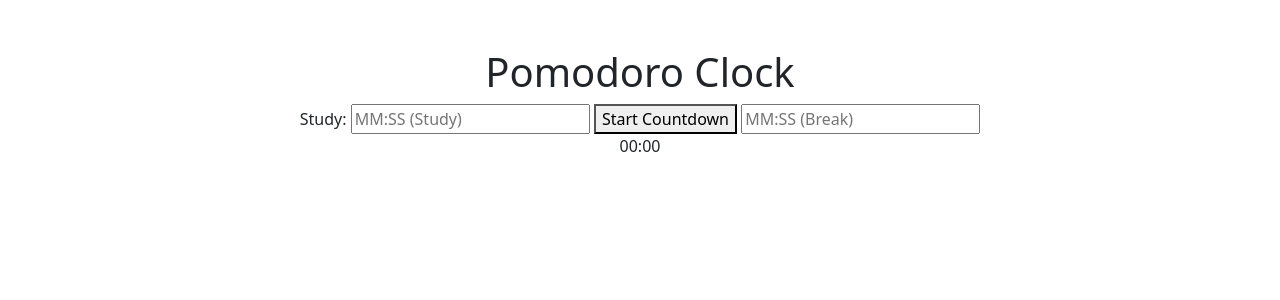
Repository: jobid0212/pomodoro-clock
Page: http://localhost/
The author's editor kept a copy of each file at every save. The page is drawn from the files as they stood at one save, then again after the next save.
The browser window is 1280 px wide. The pictures show the whole page.
The page is served by the project's application, run on Flask 3 (app.py).

Above is the page before, as saved 2026-02-06 18:39:54.

After the next save:
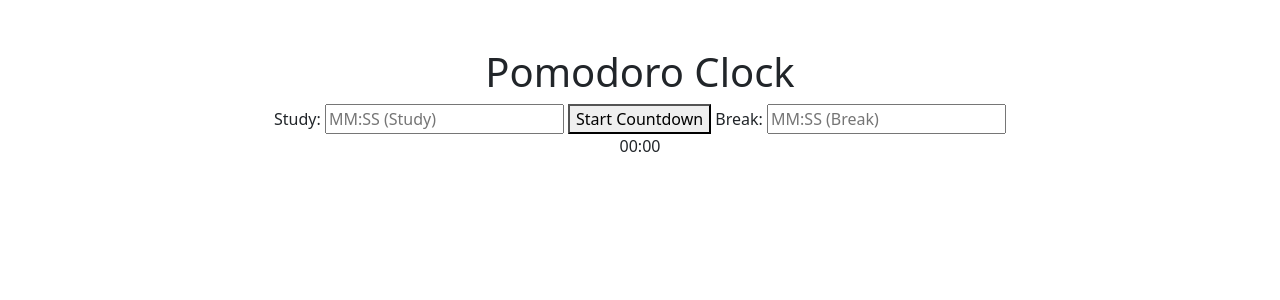
Saved 34 s later.
--- a/templates/index.html
+++ b/templates/index.html
@@ -31,9 +31,11 @@
 
                     <button onclick="startTimer('study')">Start Countdown</button>
 
+                    <label for="breakDurationInput">Break:</label>
                     <input type="text" id="breakDurationInput"
                            pattern="[0-5][0-9]:[0-5][0-9]"
-                           placeholder="MM:SS (Break)">
+                           placeholder="MM:SS (Break)"
+                           name="breakDurationInput">
 
                     <div id="display">
                         00:00
